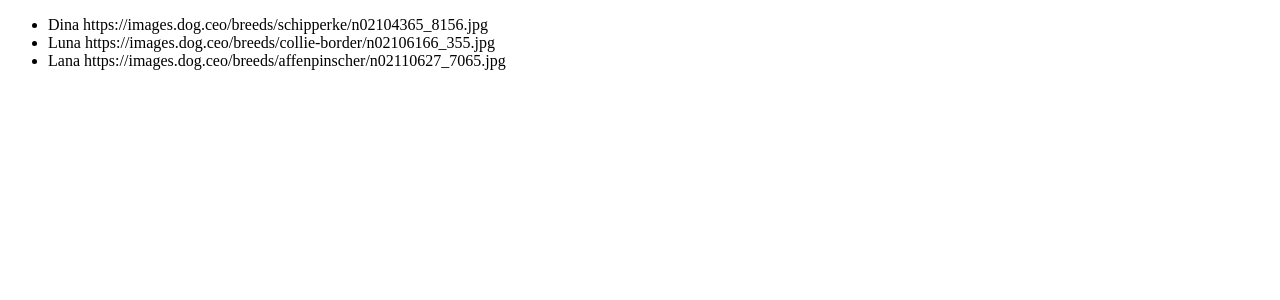
Repository: conchaasensio/ejercicios-en-clase-j
Page: modulo-2/leccion-2.2/ejercicio-8/index.html
An editor plug-in stored every save of this project. The page is shown before and after the next save, followed by the edit.
The browser window is 1280 px wide. The pictures show the whole page.

Above is the page before, as saved 2020-06-29 18:12:52.

### modulo-2/leccion-2.2/ejercicio-8/index.html
<!DOCTYPE html>
<html lang="es">
  <head>
    <meta charset="UTF-8" />
    <meta name="viewport" content="width=device-width, initial-scale=1.0" />
    <title>Lista de perretes</title>
  </head>
  <body>
    <ul>
      <li class="firstDog"></li>
      <li class="secondDog"></li>
      <li class="thirdDog"></li>
    </ul>
    <script src="./main.js"></script>
  </body>
</html>

### modulo-2/leccion-2.2/ejercicio-8/main.js
'use strict';

const firstDogImage =
  'https://images.dog.ceo/breeds/schipperke/n02104365_8156.jpg';
const firstDogName = 'Dina';

const firstDog = document.querySelector('.firstDog');
firstDog.innerHTML = `${firstDogName} ${firstDogImage}`;

const secondDogImage =
  'https://images.dog.ceo/breeds/collie-border/n02106166_355.jpg';
const secondDogName = 'Luna';

const secondDog = document.querySelector('.secondDog');
secondDog.innerHTML = `${secondDogName} ${secondDogImage}`;

const thirdDogImage =
  'https://images.dog.ceo/breeds/affenpinscher/n02110627_7065.jpg';
const thirdDogName = 'Lana';

const thirdDog = document.querySelector('.thirdDog');
thirdDog.innerHTML = `${thirdDogName} ${thirdDogImage}`;

After the next save:
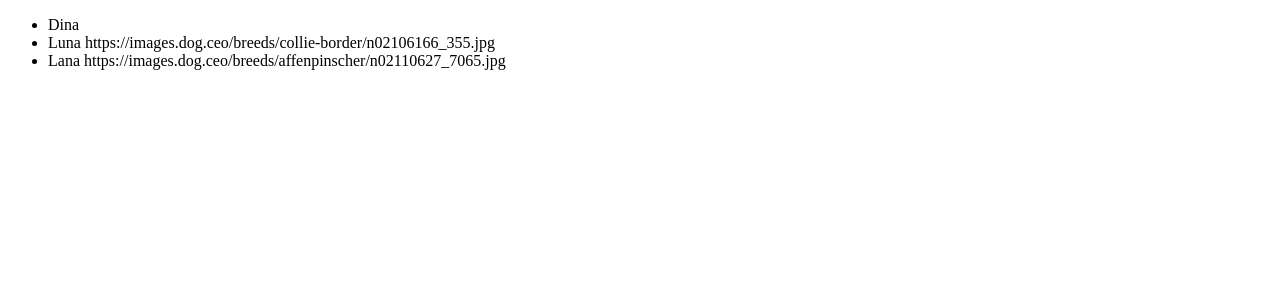
Saved 2 min 33 s later.
--- a/modulo-2/leccion-2.2/ejercicio-8/main.js
+++ b/modulo-2/leccion-2.2/ejercicio-8/main.js
@@ -5,7 +5,7 @@ const firstDogImage =
 const firstDogName = 'Dina';
 
 const firstDog = document.querySelector('.firstDog');
-firstDog.innerHTML = `${firstDogName} ${firstDogImage}`;
+firstDog.innerHTML = `${firstDogName} <img src='${firstDogImage}'`;
 
 const secondDogImage =
   'https://images.dog.ceo/breeds/collie-border/n02106166_355.jpg';
